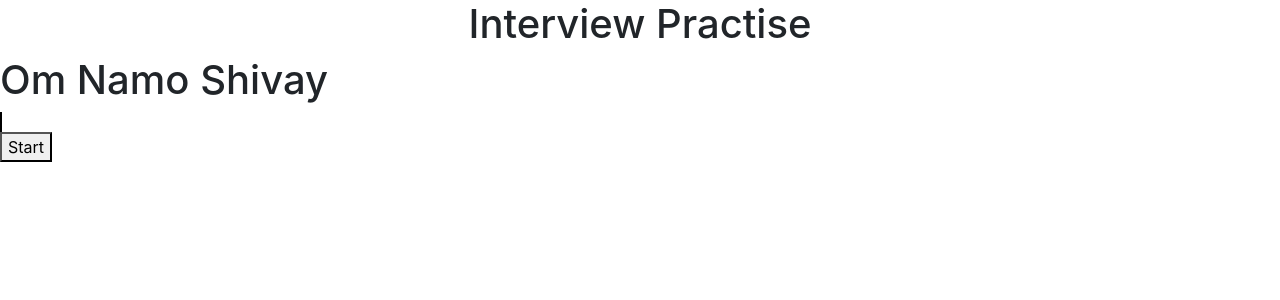
Repository: punitbathija/Machine-Round-React
Page: /
These files come from the project's save history. The page is drawn as it stood at one moment and after the next save; the edit follows.
The browser window is 1280 px wide. The pictures show the whole page.
The project was rebuilt for these pictures with package versions that can differ from the ones it lists, and the page was loaded fresh each time. Also part of the build but not shown: src/components/counter.jsx.

Above is the page before, as saved 2023-06-01 12:35:56.

After the next save:
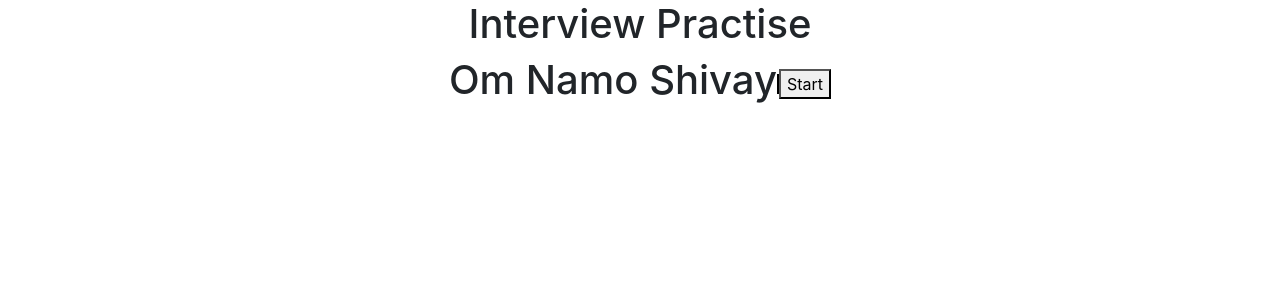
Saved 40 s later.
--- a/src/components/ProgressBar.js
+++ b/src/components/ProgressBar.js
@@ -13,7 +13,14 @@ const ProgressBar = () => {
   }, [isRunning, progress]);
 
   return (
-    <div style={{ alignContent: "center" }}>
+    <div
+      style={{
+        display: "flex",
+        alignItems: "center",
+        justifyContent: "center",
+        margin: "auto",
+      }}
+    >
       <h1>Om Namo Shivay</h1>
       <div
         style={{
